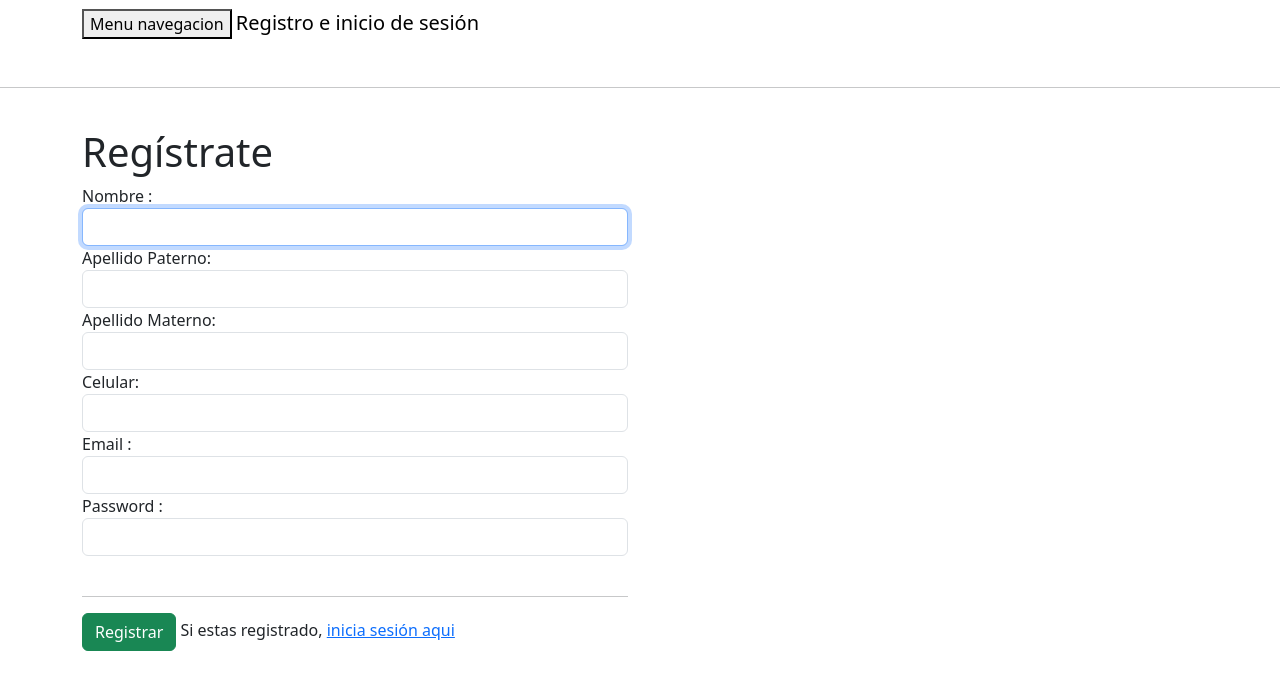
Repository: ronald30rlv/ProyectoLoginSecurityRegistroUsuarios
Page: http://localhost/registro
These files come from the project's save history. The page is drawn as it stood at one moment and after the next save; the edit follows.
The browser window is 1280 px wide. The pictures show the whole page.
The page is this project's Thymeleaf template; nobody is signed in. The template is opened directly, without the code that normally fills it, so the values that code supplies are empty.

Above is the page before, as saved 2023-05-03 15:18:23.

### ApiRegistroUsuariosSecurity/src/main/resources/templates/registro.html
<!DOCTYPE html>
<html xmlns:th="http://www.thymeleaf.org">
<head>
<meta charset="utf-8">
<link href="https://cdn.jsdelivr.net/npm/bootstrap@5.3.0-alpha3/dist/css/bootstrap.min.css"
	rel="stylesheet" integrity="sha384-KK94CHFLLe+nY2dmCWGMq91rCGa5gtU4mk92HdvYe+M/SXH301p5ILy+dN9+nJOZ"
	crossorigin="anonymous">
<title th:text=${mensaje}></title>
</head>
<body>
	<nav class="navbar navbar-inverse navbar-fixed-top">
		<div class="container">
			<div class="navbar-header">
				<button type="button" class="navbar-toggle collapsed"
					data-toggle="collapse" data-target="#navbar" aria-expanded="false"
					aria-controls="navbar">
					<span class="sr-only">Menu navegacion</span>
					<span class="icon-bar"></span> <span class="icon-bar"></span>
					<span class="icon-bar"></span>
				</button>
				<a class="navbar-brand" href="#" th:href="@{/}">Registro e inicio de sesión</a>
			</div>
		</div>
	</nav>
	<br><hr>
    <br>

	<div class="container">
		<div class="row">
			<div class="col-md-6 col-md-offset-3">
				<div th:if=${param.exito}>
					<div class="alert alert-info">Se ha registrado exitosamente a la aplicación</div>
				</div>

				<h1>Regístrate</h1>
				<form th:action="@{/registro}" method="post" th:object="${usuario}">
					<div class="form-group">
						<label class="control-label" for="nombre">Nombre : </label>
						<input id="nombre" type="text" class="form-control" th:field="*{nombre}" required autofocus="autofocus">
					</div>

					<div class="form-group">
						<label class="control-label" for="apellidoPaterno">Apellido Paterno: </label>
						<input id="apepaterno" type="text" class="form-control" th:field="*{apePaterno}" required autofocus="autofocus">
					</div>

					<div class="form-group">
						<label class="control-label" for="apellidoMaterno">Apellido Materno: </label>
						<input id="apematerno" type="text" class="form-control" th:field="*{apeMaterno}" required autofocus="autofocus">
					</div>

					<div class="form-group">
						<label class="control-label" for="celular">Celular: </label>
						<input id="celular" type="text" class="form-control" th:field="*{celular}" required autofocus="autofocus">
					</div>

					<div class="form-group">
						<label class="control-label" for="email">Email : </label>
						<input id="email" type="email" class="form-control" th:field="*{email}" required autofocus="autofocus">
					</div>

					<div class="form-group">
						<label class="control-label" for="password">Password : </label>
						<input id="password" type="password" class="form-control" th:field="*{password}" required autofocus="autofocus">
					</div>
					<br><hr>
					<div class="form-group">
						<button type="submit" class="btn btn-success">Registrar</button>
						<span>Si estas registrado, <a th:href="@{/login}">inicia sesión aqui</a></span>
					</div>
				</form>
			</div>
		</div>
	</div>

	<script src="https://cdn.jsdelivr.net/npm/bootstrap@5.3.0-alpha3/dist/js/bootstrap.bundle.min.js"
	integrity="sha384-ENjdO4Dr2bkBIFxQpeoTz1HIcje39Wm4jDKdf19U8gI4ddQ3GYNS7NTKfAdVQSZe"
	crossorigin="anonymous"></script>
</body>
</html>

After the next save:
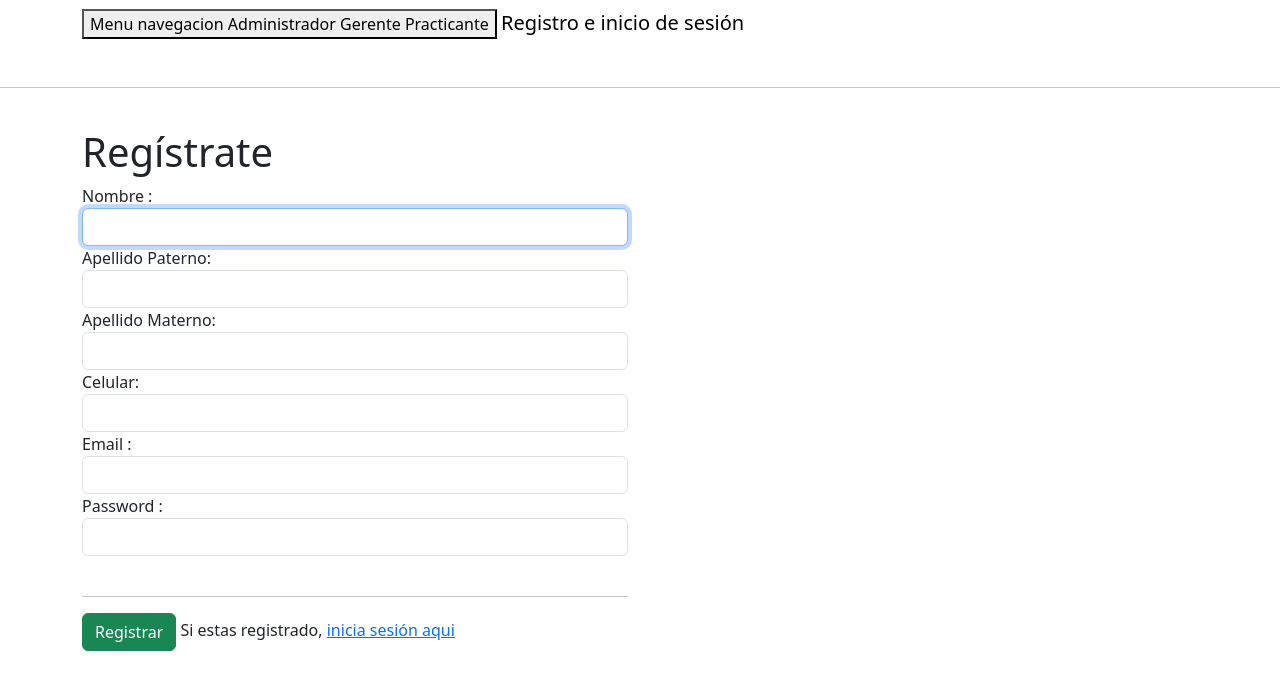
Saved 63 min 44 s later.
--- a/ApiRegistroUsuariosSecurity/src/main/resources/templates/registro.html
+++ b/ApiRegistroUsuariosSecurity/src/main/resources/templates/registro.html
@@ -15,8 +15,9 @@
 					data-toggle="collapse" data-target="#navbar" aria-expanded="false"
 					aria-controls="navbar">
 					<span class="sr-only">Menu navegacion</span>
-					<span class="icon-bar"></span> <span class="icon-bar"></span>
-					<span class="icon-bar"></span>
+					<span class="icon-bar">Administrador</span>
+					<span class="icon-bar">Gerente</span>
+					<span class="icon-bar">Practicante</span>
 				</button>
 				<a class="navbar-brand" href="#" th:href="@{/}">Registro e inicio de sesión</a>
 			</div>
